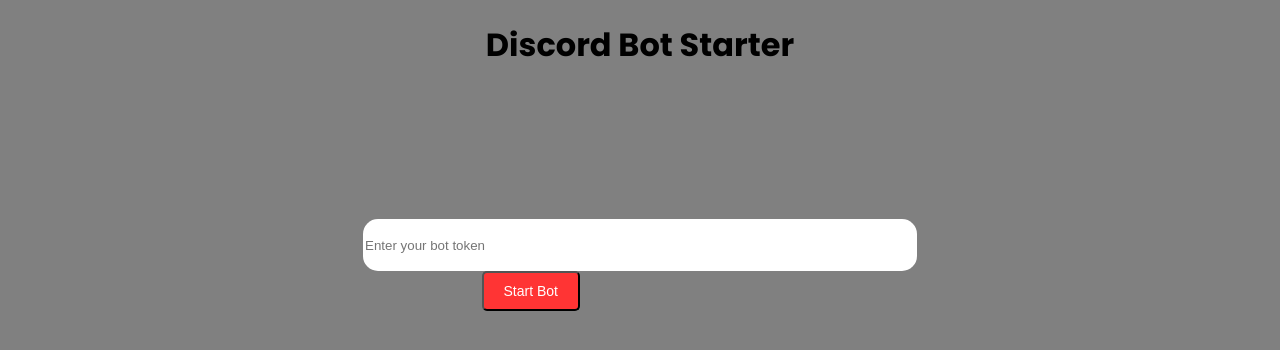
Repository: ranger2202/discord-bot-panel
Page: ranger-bot-runner/app/templates/landing.html
The author's editor kept a copy of each file at every save. The page is drawn from the files as they stood at one save, then again after the next save.
The browser window is 1280 px wide. The pictures show the whole page.

Above is the page before, as saved 2023-12-30 12:11:25.

After the next save:
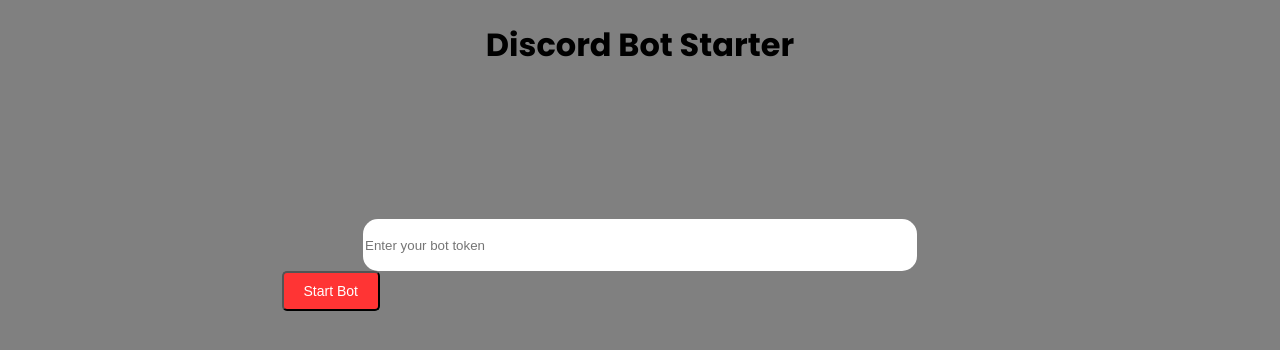
Saved 4 s later.
--- a/ranger-bot-runner/app/static/landing.css
+++ b/ranger-bot-runner/app/static/landing.css
@@ -6,7 +6,7 @@
 }
 .start-button button{
     position: absolute;
-    right: 700px;
+    right: 900px;
     display: inline-block;
     padding: 10px 20px;
     font-size: 14px;
